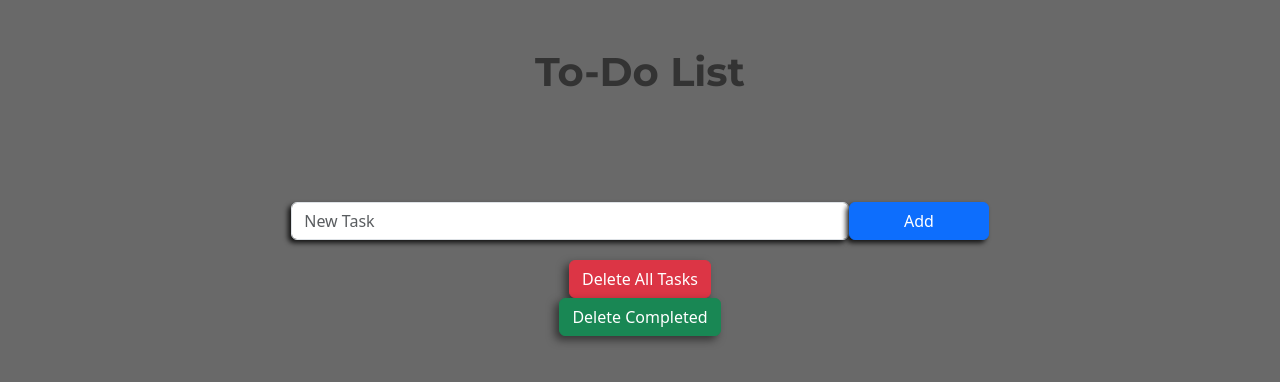
Repository: PituMia/TODO-List
Page: /
These files come from the project's save history. The page is drawn as it stood at one moment and after the next save; the edit follows.
The browser window is 1280 px wide. The pictures show the whole page.
The project was rebuilt for these pictures with package versions that can differ from the ones it lists, and the page was loaded fresh each time. Also part of the build but not shown: vite.config.js, src/assets/css/App.css, src/assets/css/Task.css, src/assets/components/Task.jsx.

Above is the page before, as saved 2025-02-01 17:05:31.

After the next save:
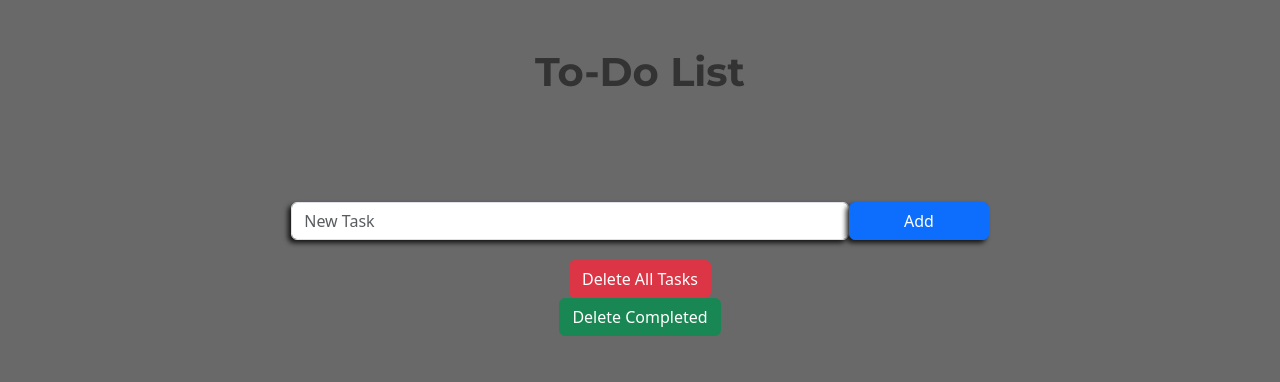
Saved 2 min 52 s later.
--- a/src/assets/css/buttons.css
+++ b/src/assets/css/buttons.css
@@ -1,3 +1,3 @@
-.btn {
+.buttt {
     box-shadow: -4px 4px 8px rgba(0, 0, 0, 0.5);
 }

After the 2 saves that followed:
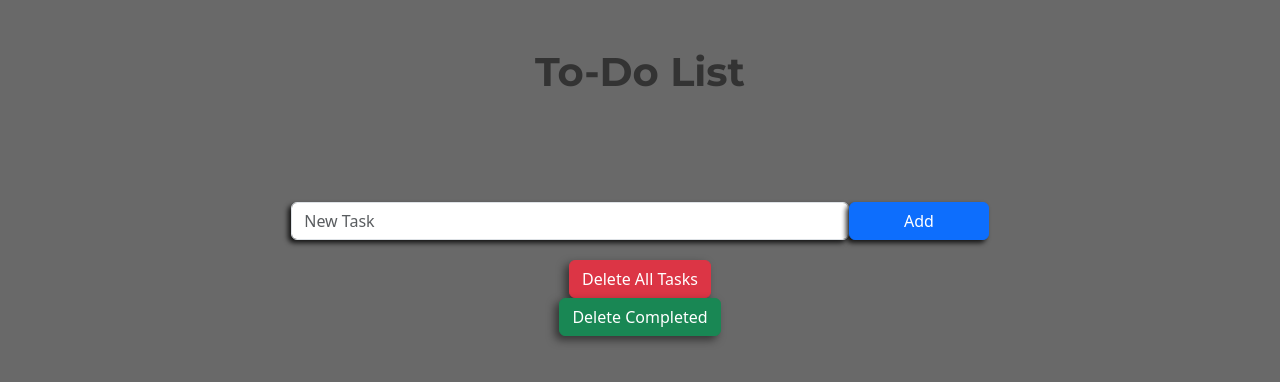
The 2 saves are shown as one change because 1 left the picture as it was.
The last was saved 62 s later.
--- a/src/assets/components/DeleteAllButton.jsx
+++ b/src/assets/components/DeleteAllButton.jsx
@@ -1,4 +1,5 @@
 import React from "react";
+import "../css/buttons.css";
 
 const DeleteAllButton = ({ deleteAllTasks }) => {
 
--- a/src/assets/css/buttons.css
+++ b/src/assets/css/buttons.css
@@ -1,3 +1,3 @@
-.buttt {
+.btn {
     box-shadow: -4px 4px 8px rgba(0, 0, 0, 0.5);
 }
